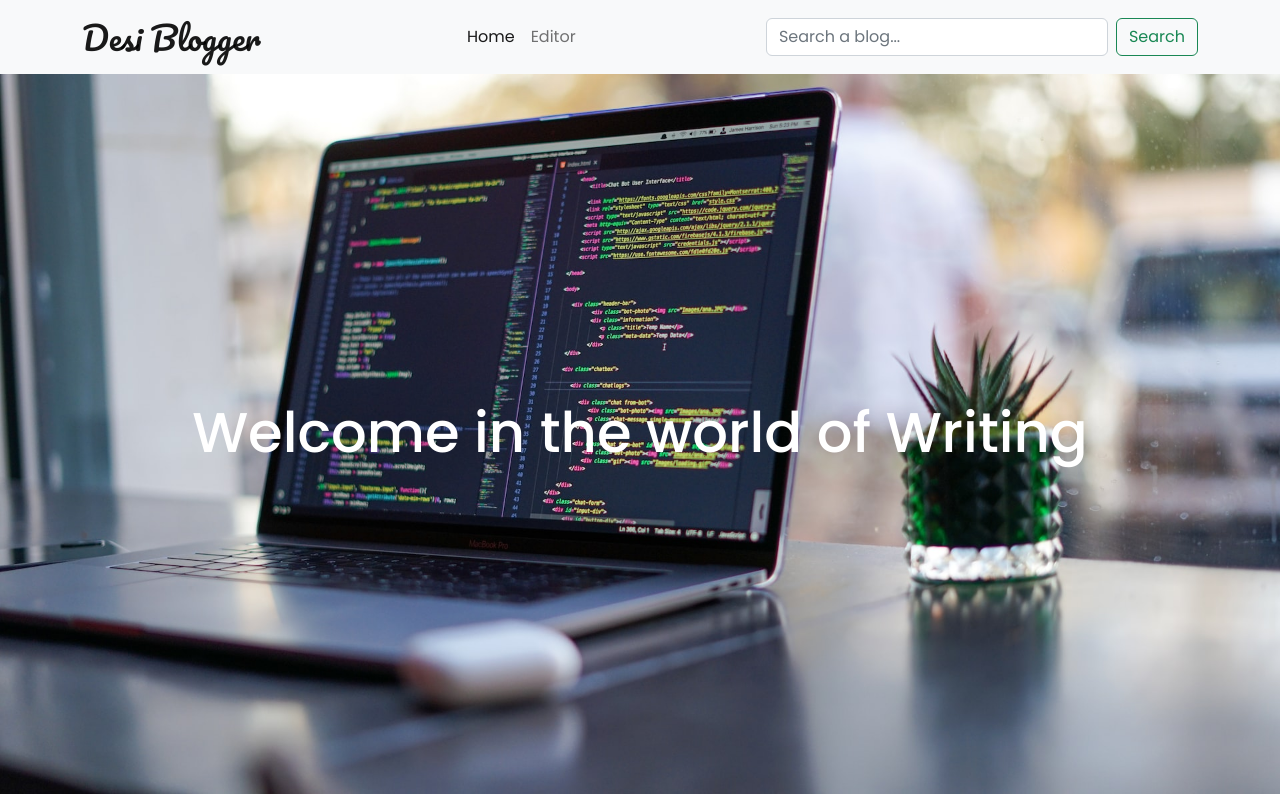
Repository: badhon252/Desi_Blogger
Page: public/home.html
These files come from the project's save history. The page is drawn as it stood at one moment and after the next save; the edit follows.
The browser window is 1280 px wide. The pictures show the whole page.

Above is the page before, as saved 2022-11-15 19:46:31.

After the next save:
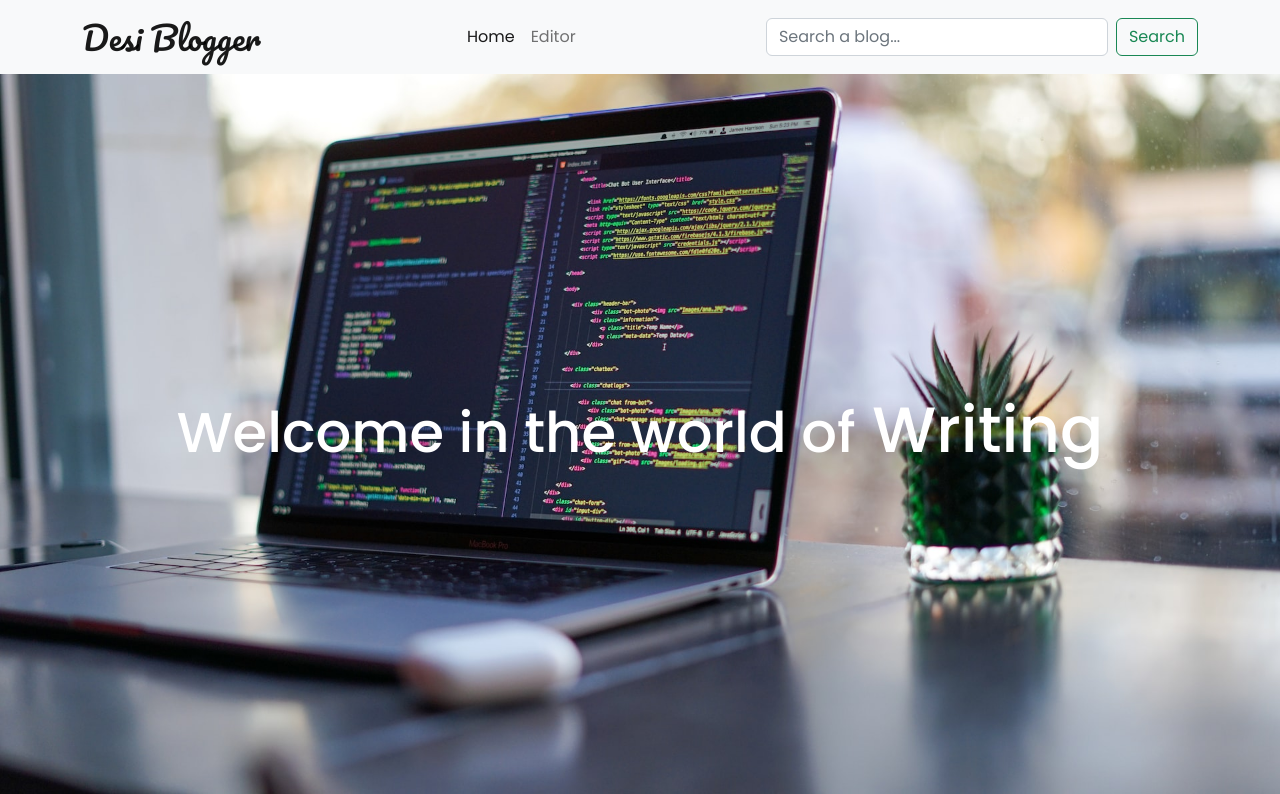
Saved 21 s later.
--- a/public/home.html
+++ b/public/home.html
@@ -52,11 +52,11 @@
         <section class="content">
             <h1>
                 <span class="small">
-                    Welcome in the world of
-                    <span>Writing</span>
+                    Welcome in the world of</span>
+                <span>Writing</span>
             </h1>
 
-            </span>
+
         </section>
     </header>
 
